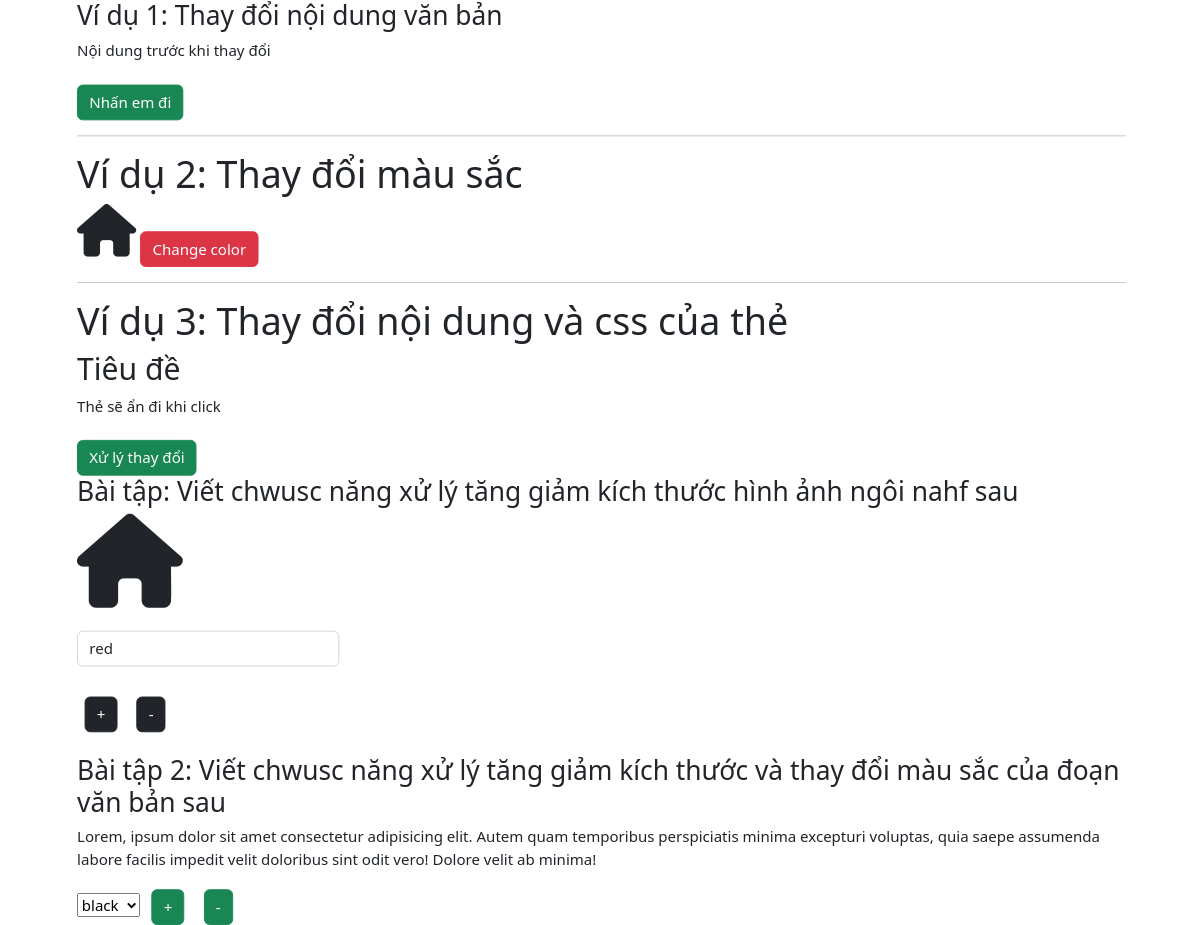
Repository: hcozyph/cyberSoft_JS_fulldocs
Page: JS_2/index.html
An editor plug-in stored every save of this project. The page is shown before and after the next save, followed by the edit.
The browser window is 1280 px wide. The pictures show the whole page, at 94% of full size.

Above is the page before, as saved 2023-02-08 19:05:25.

### JS_2/index.html
<!-- bs5-$ -->
<!DOCTYPE html>
<html lang="en">
    <head>
        <title>Title</title>
        <!-- Required meta tags -->
        <meta charset="utf-8" />
        <meta
            name="viewport"
            content="width=device-width, initial-scale=1, shrink-to-fit=no"
        />

        <!-- Bootstrap CSS v5.2.1 -->
        <link
            href="https://cdn.jsdelivr.net/npm/bootstrap@5.2.1/dist/css/bootstrap.min.css"
            rel="stylesheet"
            integrity="sha384-iYQeCzEYFbKjA/T2uDLTpkwGzCiq6soy8tYaI1GyVh/UjpbCx/TYkiZhlZB6+fzT"
            crossorigin="anonymous"
        />

        <!-- FontAwesome 6.2.0 CSS -->
        <link
            rel="stylesheet"
            href="https://cdnjs.cloudflare.com/ajax/libs/font-awesome/6.2.0/css/all.min.css"
            integrity="sha512-xh6O/CkQoPOWDdYTDqeRdPCVd1SpvCA9XXcUnZS2FmJNp1coAFzvtCN9BmamE+4aHK8yyUHUSCcJHgXloTyT2A=="
            crossorigin="anonymous"
            referrerpolicy="no-referrer"
        />

        <!-- index.CSS -->
        <link rel="stylesheet" href="./style/index.css" />
    </head>

    <body>
        <div class="container">
            <h1 class="fs-3">Ví dụ 1: Thay đổi nội dung văn bản</h1>
            <p id="txtNoiDung">Nội dung trước khi thay đổi</p>
            <button
                class="btn btn-success mt-2"
                id="btnThayDoi"
                onclick="thayDoiNoiDung()"
            >
                Nhấn em đi
            </button>

            <hr />

            <h1>Ví dụ 2: Thay đổi màu sắc</h1>
            <i class="fa fa-home display-4" id="home"></i>
            <button class="btn btn-danger mt-2" onclick="changeColor()">
                Change color
            </button>

            <hr />

            <h1>Ví dụ 3: Thay đổi nội dung và css của thẻ</h1>
            <h2 id="tieuDe">Tiêu đề</h2>
            <p id="noiDung">Thẻ sẽ ẩn đi khi click</p>
            <button class="btn btn-success mt-2" onclick="changeContent()">
                Xử lý thay đổi
            </button>

            <h3>
                Bài tập: Viết chwusc năng xử lý tăng giảm kích thước hình ảnh
                ngôi nahf sau
            </h3>
            <i
                id="home"
                class="fa fa-home d-block"
                style="font-size: 100px"
            ></i>
            <br />
            <select name="" id="colors" class="form-control w-25">
                <option value="">red</option>
                <option value="">green</option>
                <option value="">blue</option>
            </select>
            <br />

            <button class="btn btn-dark mx-2 mt-2" id="btnTang">+</button>
            <button class="btn btn-dark mx-2 mt-2" id="btnGiam">-</button>

            <br /><br />
            <!-- BT2 -->
            <h3>
                Bài tập 2: Viết chwusc năng xử lý tăng giảm kích thước và thay
                đổi màu sắc của đoạn văn bản sau
            </h3>

            <p id="text">
                <!-- gõ lorem -> enter -->
                Lorem, ipsum dolor sit amet consectetur adipisicing elit. Autem
                quam temporibus perspiciatis minima excepturi voluptas, quia
                saepe assumenda labore facilis impedit velit doloribus sint odit
                vero! Dolore velit ab minima!
            </p>

            <select name="" id="color-text" class="my-2 form">
                <option value="" selected>black</option>
                <option value="">red</option>
                <option value="">green</option>
                <option value="">blue</option>
            </select>

            <button class="btn btn-success mx-2" id="btnTangFont">+</button>

            <button class="btn btn-success mx-2" id="btnGiamFont">-</button>
        </div>

        <!-- Bootstrap JavaScript Libraries -->
        <script
            src="https://cdn.jsdelivr.net/npm/@popperjs/core@2.11.6/dist/umd/popper.min.js"
            integrity="sha384-oBqDVmMz9ATKxIep9tiCxS/Z9fNfEXiDAYTujMAeBAsjFuCZSmKbSSUnQlmh/jp3"
            crossorigin="anonymous"
        ></script>

        <script
            src="https://cdn.jsdelivr.net/npm/bootstrap@5.2.1/dist/js/bootstrap.min.js"
            integrity="sha384-7VPbUDkoPSGFnVtYi0QogXtr74QeVeeIs99Qfg5YCF+TidwNdjvaKZX19NZ/e6oz"
            crossorigin="anonymous"
        ></script>

        <!-- js: customize -->
        <script src="./index.js"></script>
    </body>
</html>

### JS_2/style/index.css
.big-home {
    font-size: 200px;
    color: gold;
    border: 1px solid red;
}

### JS_2/index.js

//Ví dụ 1: thay đổi nội dung
function thayDoiNoiDung() {
    var thayDoiNoiDung = document.getElementById('txtNoiDung');
    thayDoiNoiDung.innerHTML = 'Nội dung sau khi thay đổi';
}

//Ví dụ 2: Thay đổi màu sắc
function changeColor () {
    var tagHome = document.getElementById('home');
    // tagHome.style.color = 'red';
    // // đối với thuộc tính CSS có 2 từ trở lên -> viết kiểu camelS
    // tagHome.style.fontSize = '200px';

    //Thay đổi class
        tagHome.className = 'fa fa-home big-home shadow-lg';
}

/*
Chuyển đổi style trong css và js
    css                 js
    font-weight         fontWeight
    background-color    backgroundColor
    margin-top          marginTop
*/

function changeContent () {
    var tagTieuDe = document.getElementById('tieuDe')
    var tagNoiDung = document.getElementById('noiDung');

    //ẩn thẻ p
    tagNoiDung.style.display = 'none';
    //thêm background, opacity, fontSize, border thẻ h2#tieuDe
    tagTieuDe.style.background = 'orange';
    tagTieuDe.style.opacity = '0.5';
    tagTieuDe.style.border = '1px solid red';
    tagTieuDe.style.fontSize = '20px';
    tagTieuDe.innerHTML = 'CyberSoft frontend !!!';
}

After the next save:
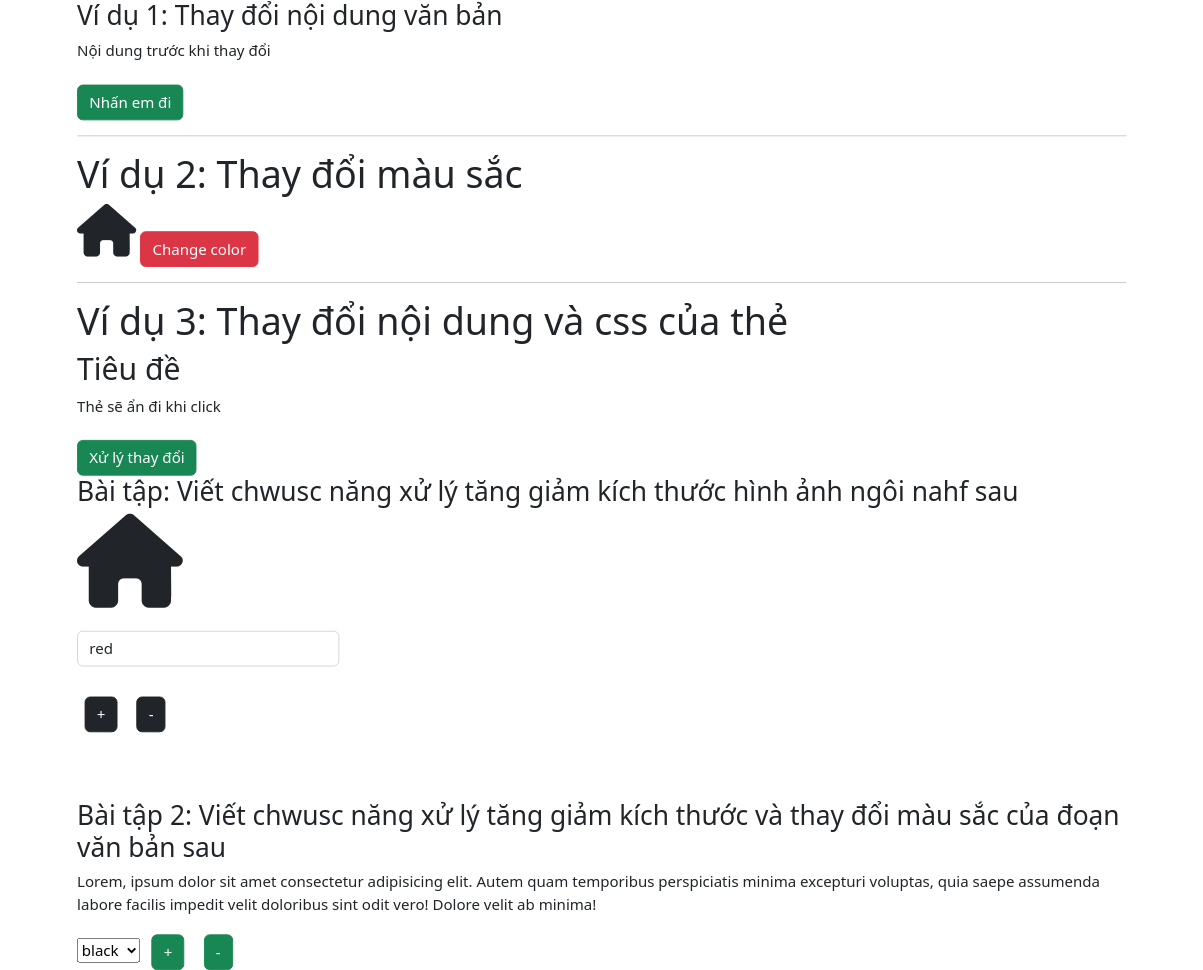
Saved 5 s later.
--- a/JS_2/index.html
+++ b/JS_2/index.html
@@ -80,7 +80,7 @@
             <button class="btn btn-dark mx-2 mt-2" id="btnTang">+</button>
             <button class="btn btn-dark mx-2 mt-2" id="btnGiam">-</button>
 
-            <br /><br />
+            <br /><br /><br /><br />
             <!-- BT2 -->
             <h3>
                 Bài tập 2: Viết chwusc năng xử lý tăng giảm kích thước và thay
